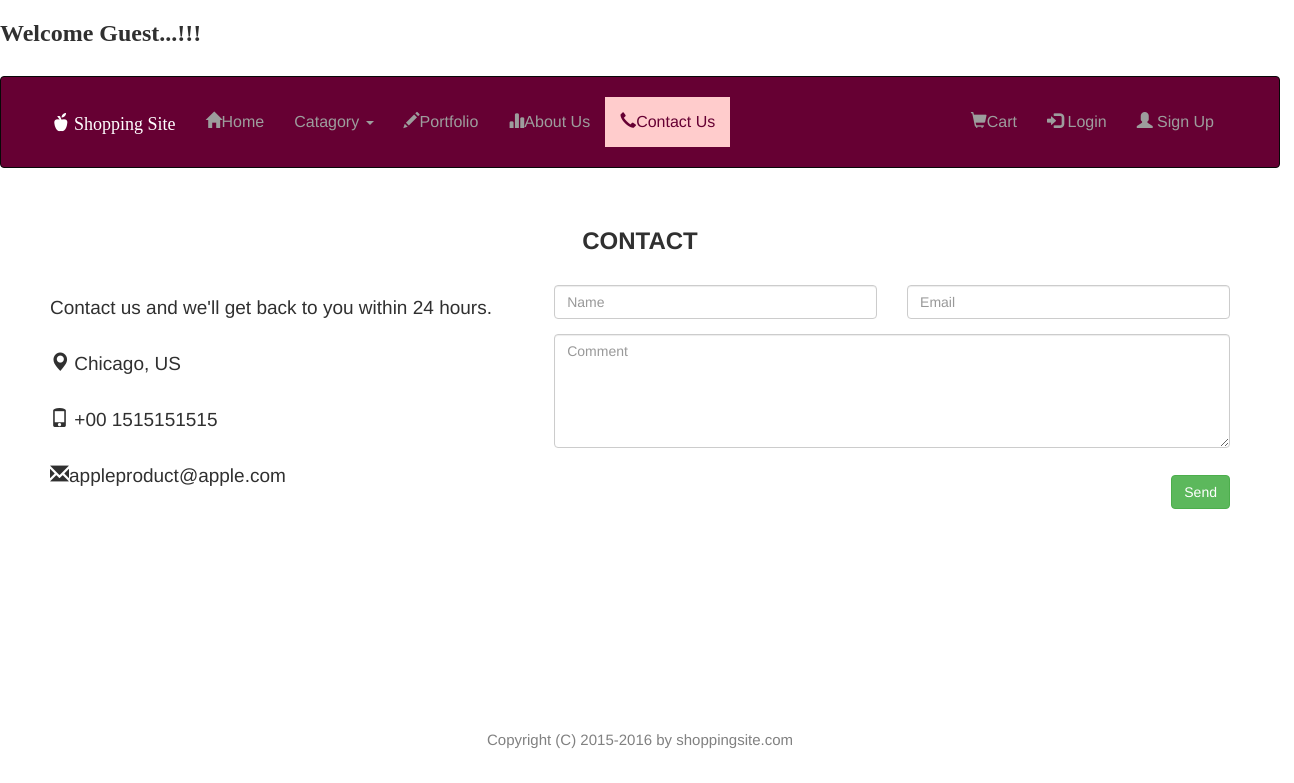
Repository: priyasuthakar/priya
Page: http://localhost/Apple/WEB-INF/views/contactus.jsp
An editor plug-in stored every save of this project. The page is shown before and after the next save, followed by the edit.
The browser window is 1280 px wide. The page is 1280 px wide, then 1294 px, so the pictures cover 1294 px, including what lies to the right of the window. The pictures show the whole page.
The page is served by Tomcat 9. Nobody is signed in. Other server files are loaded and not shown. The template is opened directly, without the code that normally fills it, so the values that code supplies are empty.

Above is the page before, as saved 2016-08-20 19:46:41.

### Apple/src/main/webapp/WEB-INF/views/contactus.jsp
<%@ page language="java" contentType="text/html; charset=ISO-8859-1"
	pageEncoding="ISO-8859-1"%>
<%@ taglib uri="http://java.sun.com/jsp/jstl/core" prefix="c"%>
<%@ taglib uri="http://www.springframework.org/tags" prefix="spring"%>
<%@ taglib uri="http://www.springframework.org/tags/form" prefix="form"%>

<%@page isELIgnored="false"%>
<!DOCTYPE html>
<html lang="en">
<head>
<title>My Shopping</title>
<meta charset="utf-8">
<meta name="viewport" content="width=device-width, initial-scale=1">
<link rel="stylesheet"
	href="http://maxcdn.bootstrapcdn.com/bootstrap/3.3.6/css/bootstrap.min.css">
<!-- <link href="http://fonts.googleapis.com/css?family=Montserrat"
	rel="stylesheet" type="text/css">
<link href="http://fonts.googleapis.com/css?family=Lato"
	rel="stylesheet" type="text/css">
 -->
<script
	src="https://ajax.googleapis.com/ajax/libs/jquery/1.12.4/jquery.min.js"></script>
<script
	src="http://maxcdn.bootstrapcdn.com/bootstrap/3.3.6/js/bootstrap.min.js"></script>
<style>
body {
	font: 400 15px Helvetica, sans-serif;
	line-height: 1.8;
	color: #818181;
}

h1 {
	font-size: 24px;
	color: #303030;
	font-weight: 600;
	margin-bottom: 30px;
	font-size: 24px;
}

h2 {
	font-size: 24px;
	text-transform: uppercase;
	color: #303030;
	font-weight: 600;
	margin-bottom: 30px;
}

h4 {
	font-size: 19px;
	line-height: 1.375em;
	color: #303030;
	font-weight: 400;
	margin-bottom: 30px;
}

.bg-grey {
	background-color: #FFCCCC;
	color: black;
	font-family: Montserrat, sans-serif;
}

.logo {
	color: #660033;
	font-size: 200px;
}

.thumbnail {
	padding: 0 0 15px 0;
	border: none;
	border-radius: 0;
}

.thumbnail img {
	width: 100%;
	height: 100%;
	margin-bottom: 10px;
}

.carousel-control.right, .carousel-control.left {
	background-image: none;
	color: #660033;
}

.carousel-indicators li {
	border-color: #660033;
}

.carousel-indicators li.active {
	background-color: #660033;
}

.carousel-inner>.item>img, .carousel-inner>.item>a>img {
	width: 250%;
	margin: auto;
}

.tales {
	width: 200%;
}

.carousel-inner {
	max-height: 600px !important;
}

.item h4 {
	font-size: 19px;
	line-height: 1.375em;
	font-weight: 400;
	font-style: italic;
	margin: 70px 0;
}

.item span {
	font-style: normal;
}

.container-fluid {
	padding: 20px 50px;
}

.navbar {
	background-color: #660033;
	font-size: 16px !important;
}

.navbar .navbar-brand {
	color: #FFFFFF !important;
}

.navbar .li a {
	color: #FFF !important;
}

.navbar-nav li a:hover, .navbar-nav li.active a {
	color: #660033 !important;
	background-color: #FFCCCC !important;
}

.navbar-default .navbar-toggle {
	border-color: transparent;
	color: #FFCCCC !important;
}

footer .glyphicon {
	font-size: 24px;
	margin-bottom: 20px;
	color: #660033;
}

.slideanim {
	visibility: hidden;
}

.slide {
	animation-name: slide;
	-webkit-animation-name: slide;
	animation-duration: 1s;
	-webkit-animation-duration: 1s;
	visibility: visible;
}

@media screen and (max-width: 768px) {
	.col-sm-4 {
		text-align: center;
		margin: 25px 0;
	}
	.btn-lg {
		width: 100%;
		margin-bottom: 35px;
	}
}

@media screen and (max-width: 480px) {
	.logo {
		font-size: 150px;
	}
}
</style>

</head>

<body id="myPage" data-spy="scroll" data-target=".navbar"
	data-offset="60">
	<%@include file="/WEB-INF/views/Header.jsp"%>
	<!-- Container (Contact Section) -->
	<div id="contactus" class="container-fluid">
		<h2 class="text-center">CONTACT</h2>
		<div class="row">
			<div class="col-sm-5">
				<h4>
					<p>Contact us and we'll get back to you within 24 hours.</p>
				</h4>
				<h4>
					<p>
						<span class="glyphicon glyphicon-map-marker"></span> Chicago, US
					</p>
				</h4>
				<h4>
					<p>
						<span class="glyphicon glyphicon-phone"></span> +00 1515151515
					</p>
				</h4>
				<h4>
					<p>
						<span class="glyphicon glyphicon-envelope"></span>appleproduct@apple.com
					</p>
				</h4>
			</div>
			<div class="col-sm-7 ">
				<div class="row">
					<div class="col-sm-6 form-group">
						<input class="form-control" id="name" name="name"
							placeholder="Name" type="text" required>
					</div>
					<div class="col-sm-6 form-group">
						<input class="form-control" id="email" name="email"
							placeholder="Email" type="email" required>
					</div>
				</div>
				<textarea class="form-control" id="comments" name="comments"
					placeholder="Comment" rows="5"></textarea>
				<br>
				<div class="row">
					<div class="col-sm-12 form-group">
						<button class="btn btn-success pull-right" type="submit">Send</button>
					</div>
				</div>
			</div>
		</div>
	</div>

	<script>
		$(document).ready(
				function() {
					// Add smooth scrolling to all links in navbar + footer link
					$(".navbar a, footer a[href='#myPage']").on('click',
							function(event) {
								// Make sure this.hash has a value before overriding default behavior
								if (this.hash !== "") {
									// Prevent default anchor click behavior
									event.preventDefault();

									// Store hash
									var hash = this.hash;

									// Using jQuery's animate() method to add smooth page scroll
									// The optional number (900) specifies the number of milliseconds it takes to scroll to the specified area
									$('html, body').animate({
										scrollTop : $(hash).offset().top
									}, 900, function() {

										// Add hash (#) to URL when done scrolling (default click behavior)
										window.location.hash = hash;
									});
								} // End if
							});

					$(window).scroll(function() {
						$(".slideanim").each(function() {
							var pos = $(this).offset().top;

							var winTop = $(window).scrollTop();
							if (pos < winTop + 600) {
								$(this).addClass("slide");
							}
						});
					});
				})
	</script>
	<br>
	<br>
	<br>
	<br>
	<br>
	<br>
	<%@include file="Footer.jsp"%>

</body>
</html>

### Apple/src/main/webapp/WEB-INF/views/Header.jsp
<%@ page language="java" contentType="text/html; charset=ISO-8859-1"
	pageEncoding="ISO-8859-1"%>
<%@ taglib uri="http://java.sun.com/jsp/jstl/core" prefix="c"%>
<!DOCTYPE html PUBLIC "-//W3C//DTD HTML 4.01 Transitional//EN" "http://www.w3.org/TR/html4/loose.dtd">
<html>
<head>
<meta http-equiv="Content-Type" content="text/html; charset=ISO-8859-1">
</head>
<body>
	<c:choose>
		<c:when test="${empty username}">
			<font face="Harlow Solid Italic"><h1>Welcome Guest...!!!</h1></font>
		</c:when>
		<c:when test="${not empty username}">
			<font face="Harlow Solid Italic"><h1>${username}</h1></font>
		</c:when>
	</c:choose>
	<nav class="navbar navbar-inverse">

	<div class="container-fluid">
		<div class="navbar-header">
			<a class="navbar-brand"> <span class="glyphicon glyphicon-apple"></span>
				<font face="Script MT Bold"> Shopping Site </font>
			</a>
		</div>
		 <div class="collapse navbar-collapse" id="myNavbar">
		<ul class="nav navbar-nav">
			<li class="active"><a href="Home"><span
					class="glyphicon glyphicon-home"></span>Home</a></li>
			<li class="dropdown"><a class="dropdown-toggle"
				data-toggle="dropdown" href="#"> Catagory <span class="caret"></span></a>
				<ul class="dropdown-menu">
					<li><a href="product1">Desktop</a></li>
					<li><a href="product1">Laptop</a></li>
					<li><a href="product1">Iphone</a></li>
					<li><a href="product1">Ipad</a></li>
					<li><a href="product1">Ipod</a></li>
					<li><a href="product1">Accessories</a></li>
				</ul></li>
			<li><a href="#portfolio"><span
					class="glyphicon glyphicon-pencil"></span>Portfolio</a></li>
			<li><a href="#about"><span class="glyphicon glyphicon-stats"></span>About
					Us</a></li>
			<li><a href="#contactus"><span
					class="glyphicon glyphicon-earphone"></span>Contact Us</a></li>
		</ul>

		<ul class="nav navbar-nav navbar-right">
			<li><a href="cart"><span
					class="glyphicon glyphicon-shopping-cart"></span>Cart</a></li>
			<c:choose>
				<c:when test="${empty username}">
					<li><a href="login"><span
							class="glyphicon glyphicon-log-in"></span> Login</a></li>
					<li><a href="reg"><span class="glyphicon glyphicon-user"></span>
							Sign Up</a></li>
				</c:when>
				<c:when test="${not empty username}">
					<li><a href="logout"><span
							class="glyphicon glyphicon-user"></span> Logout</a></li>
				</c:when>
			</c:choose>
		</ul>
	</div>
	</div>
	</nav>

</body>
</html>

### Apple/src/main/webapp/WEB-INF/views/Footer.jsp
<%@ page language="java" contentType="text/html; charset=ISO-8859-1"
    pageEncoding="ISO-8859-1"%>
<!DOCTYPE html PUBLIC "-//W3C//DTD HTML 4.01 Transitional//EN" "http://www.w3.org/TR/html4/loose.dtd">
<html>
<head>
<meta http-equiv="Content-Type" content="text/html; charset=ISO-8859-1">
<title>footer</title>
</head>
<body>
<footer class="container-fluid bg-4 text-center">
  <p> Copyright (C) 2015-2016 by shoppingsite.com </p>
</footer>
</body>
</html>

After the next save:
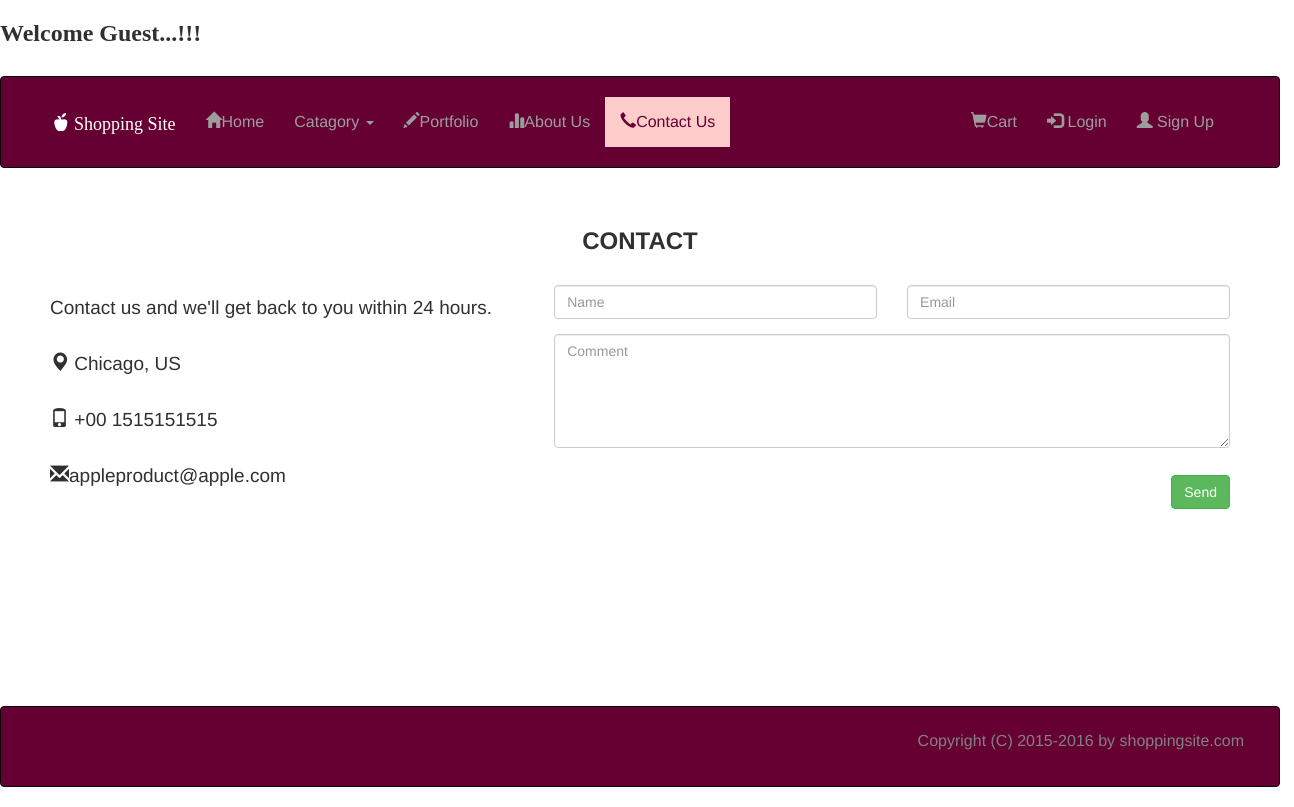
Saved 72 s later.
--- a/Apple/src/main/webapp/WEB-INF/views/Footer.jsp
+++ b/Apple/src/main/webapp/WEB-INF/views/Footer.jsp
@@ -7,8 +7,12 @@
 <title>footer</title>
 </head>
 <body>
+<nav class="navbar navbar-inverse">
+<ul class="nav navbar-nav navbar-right">
 <footer class="container-fluid bg-4 text-center">
   <p> Copyright (C) 2015-2016 by shoppingsite.com </p>
 </footer>
+</ul>
+</nav>
 </body>
 </html>
